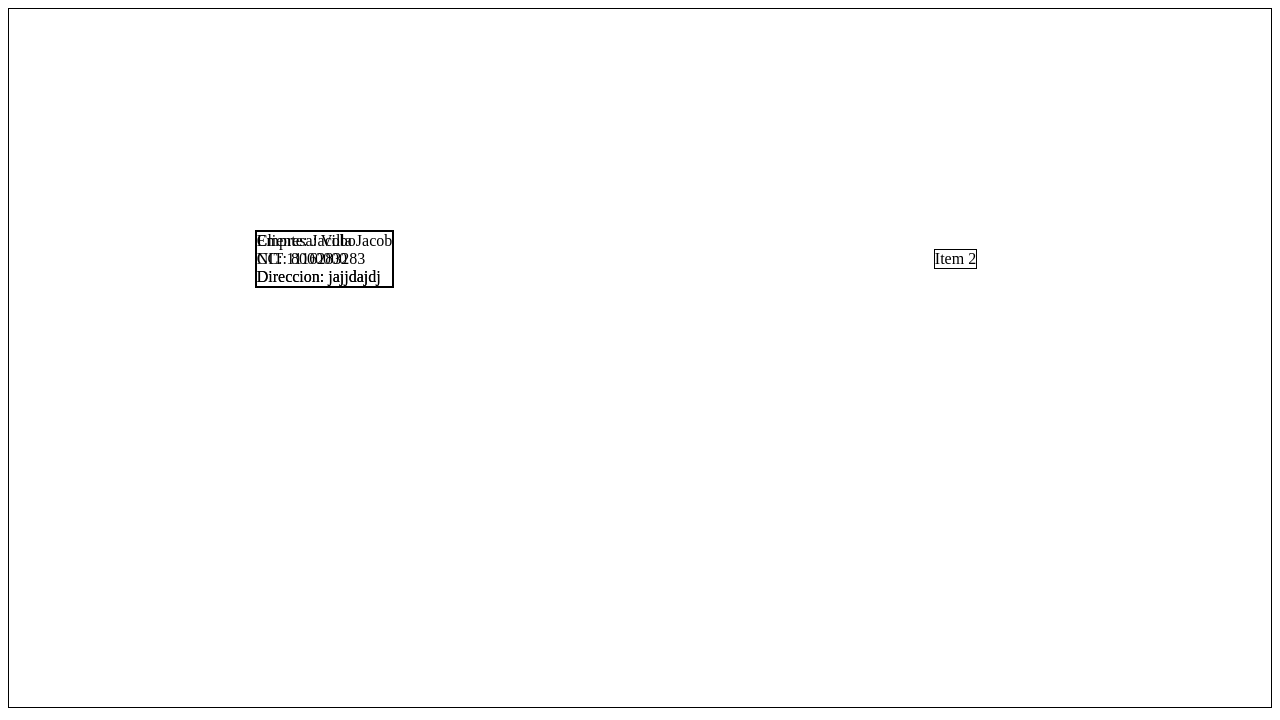
Repository: MrVanQish/FacturaEstructura
Page: index.html
These files come from the project's save history. The page is drawn as it stood at one moment and after the next save; the edit follows.
The browser window is 1280 px wide. The pictures show the whole page.

Above is the page before, as saved 2021-09-29 09:22:38.

After the next save:
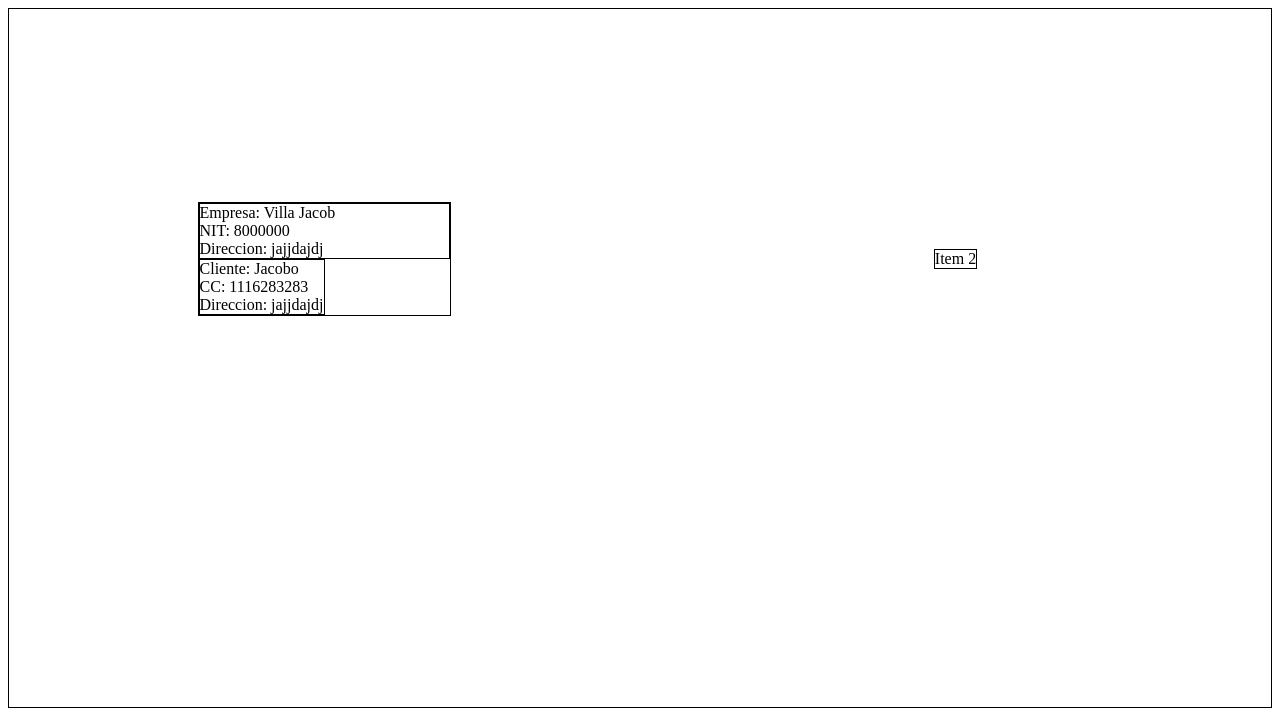
Saved 5 s later.
--- a/styles.css
+++ b/styles.css
@@ -19,7 +19,7 @@
     grid-template-rows: 1fr 1fr;
     grid-template-areas:
       "infoEmpresa-f infoEmpresa-f"
-      "infoCliente-f " ;
+      "infoCliente-f table-f" ;
   }
 
   .factura2 {
